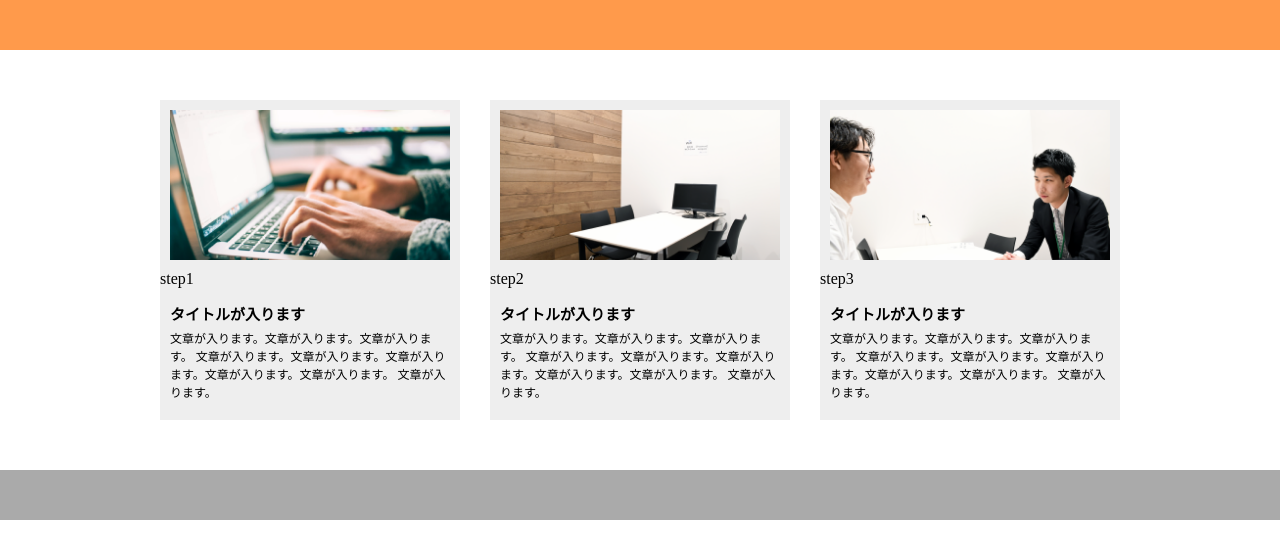
Repository: chihuyu3369/curriculum
Page: chapter9/index.html
The author's editor kept a record of every edit. The page is drawn from the files as they stood at one moment, then again after the next edit.
The browser window is 1280 px wide. The pictures show the whole page.

Above is the page before.

After the next edit:
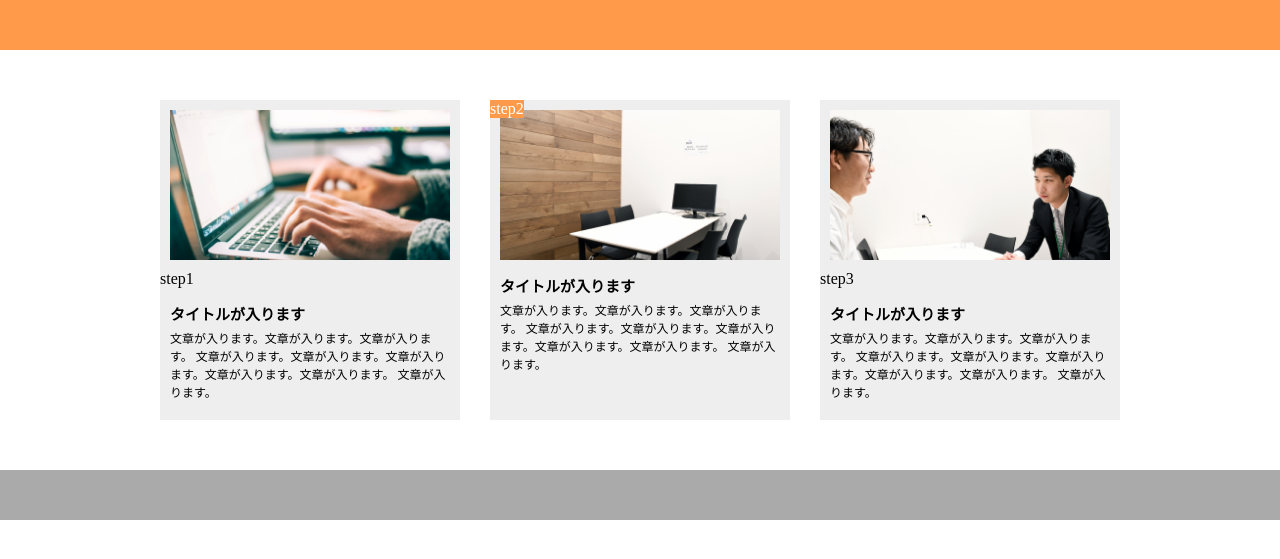
The edit:
--- a/chapter9/index.html
+++ b/chapter9/index.html
@@ -27,7 +27,7 @@
 
     <div class="main-visual2">
       <div class="main-visual-img2"></div>
-      <span class="step">step2</span>
+      <span class="step-n">step2</span>
       <h3 class="title">タイトルが入ります</h3>
       <p class="text">文章が入ります。文章が入ります。文章が入りま<br>す。
       文章が入ります。文章が入ります。文章が入り<br>ます。文章が入ります。文章が入ります。
